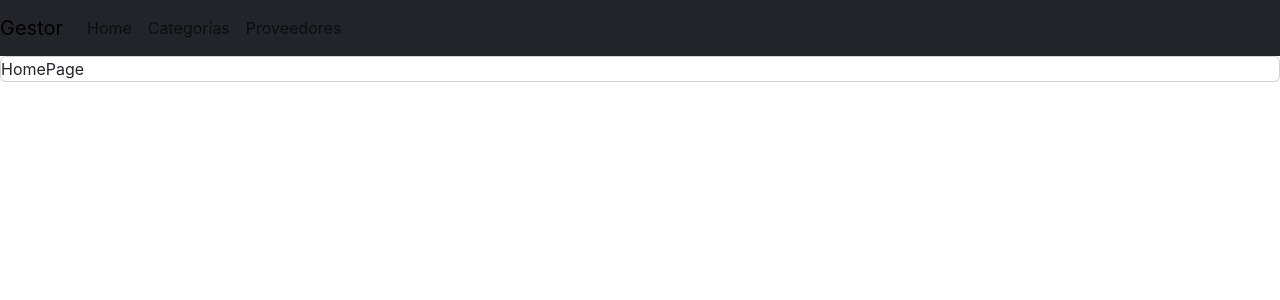
Repository: SantiagoGuaman/gestor-app
Page: /
These files come from the project's save history. The page is drawn as it stood at one moment and after a run of saves; the edit follows.
The browser window is 1280 px wide. The pictures show the whole page.
The project was rebuilt for these pictures with package versions that can differ from the ones it lists, and the page was loaded fresh each time. Also part of the build but not shown: src/App.css, src/Categories/GetDataCategories.js, src/Proveedores/GetDataProviders.js.

Above is the page before, as saved 2024-02-14 15:54:00.

### public/index.html
<!DOCTYPE html>
<html lang="en">
  <head>
    <meta charset="utf-8" />
    <link rel="icon" href="%PUBLIC_URL%/favicon.ico" />
    <meta name="viewport" content="width=device-width, initial-scale=1" />
    <meta name="theme-color" content="#000000" />
    <meta
      name="description"
      content="Web site created using create-react-app"
    />
    <link rel="apple-touch-icon" href="%PUBLIC_URL%/logo192.png" />
    <!--
      manifest.json provides metadata used when your web app is installed on a
      user's mobile device or desktop. See https://developers.google.com/web/fundamentals/web-app-manifest/
    -->
    <link href="https://cdn.jsdelivr.net/npm/bootstrap@5.3.2/dist/css/bootstrap.min.css" rel="stylesheet" integrity="sha384-T3c6CoIi6uLrA9TneNEoa7RxnatzjcDSCmG1MXxSR1GAsXEV/Dwwykc2MPK8M2HN" crossorigin="anonymous">
    <link rel="manifest" href="%PUBLIC_URL%/manifest.json" />
    <!--
      Notice the use of %PUBLIC_URL% in the tags above.
      It will be replaced with the URL of the `public` folder during the build.
      Only files inside the `public` folder can be referenced from the HTML.

      Unlike "/favicon.ico" or "favicon.ico", "%PUBLIC_URL%/favicon.ico" will
      work correctly both with client-side routing and a non-root public URL.
      Learn how to configure a non-root public URL by running `npm run build`.
    -->
    <title>Gestor APP</title>
  </head>
  <body>
    <noscript>You need to enable JavaScript to run this app.</noscript>
    <div id="root"></div>
    <!--
      This HTML file is a template.
      If you open it directly in the browser, you will see an empty page.

      You can add webfonts, meta tags, or analytics to this file.
      The build step will place the bundled scripts into the <body> tag.

      To begin the development, run `npm start` or `yarn start`.
      To create a production bundle, use `npm run build` or `yarn build`.
    -->
  </body>
  <script src="https://cdn.jsdelivr.net/npm/bootstrap@5.3.2/dist/js/bootstrap.bundle.min.js" integrity="sha384-C6RzsynM9kWDrMNeT87bh95OGNyZPhcTNXj1NW7RuBCsyN/o0jlpcV8Qyq46cDfL" crossorigin="anonymous"></script>
</html>

### src/App.js
import { BrowserRouter, Route, Routes } from 'react-router-dom';
import './App.css';
import GetDataCategories from './Categories/GetDataCategories';
import NavBar from './NavBar/NavBar';
import GetDataProviders from './Proveedores/GetDataProviders';
import HomePage from './HomePage/HomePage';

function App() {
  return (
    <div>
      <BrowserRouter>
        <NavBar />
        <Routes>
          <Route exact path='/' element={<HomePage />} />
          <Route exact path='/categories' element={<GetDataCategories />} />
          <Route exact path='/providers' element={<GetDataProviders />} />
        </Routes>
      </BrowserRouter>
    </div>
  );
}

export default App;

### src/NavBar/NavBar.js
import React from 'react'
import { Link } from 'react-router-dom'

function NavBar() {
    return (
        <nav className="navbar navbar-expand-lg navbar-light bg-dark lg">
            <Link className="navbar-brand" to="/">Gestor</Link>
            <button className="navbar-toggler" type="button" data-toggle="collapse" data-target="#navbarNav" aria-controls="navbarNav" aria-expanded="false" aria-label="Toggle navigation">
                <span className="navbar-toggler-icon"></span>
            </button>
            <div className="collapse navbar-collapse" id="navbarNav">
                <ul className="navbar-nav">
                    <li className="nav-item active">
                        <Link className="nav-link" to="/">Home</Link>
                    </li>
                    <li className="nav-item">
                        <Link className="nav-link" to="/categories">Categorías</Link>
                    </li>
                    <li className="nav-item">
                        <Link className="nav-link" to="/providers">Proveedores</Link>
                    </li>
                </ul>
            </div>
        </nav>
    )
}

export default NavBar

### src/HomePage/HomePage.js
import React from 'react'

function HomePage() {
  return (
    <div className='card'>HomePage
    <nav>

    </nav></div>
  )
}

export default HomePage

Loaded but not shown: src/index.js (common file); src/index.css (common file); src/reportWebVitals.js (common file)

After the next 4 saves:
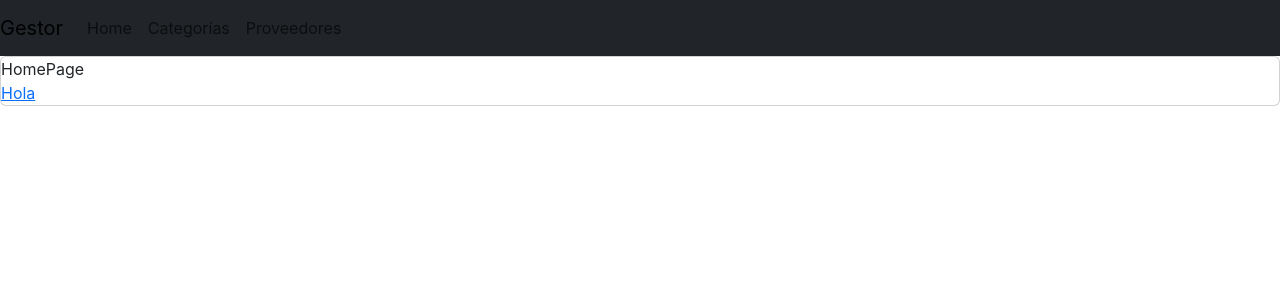
The 4 saves are shown as one change because they came seconds apart.
The last was saved 10 s later.
--- a/src/HomePage/HomePage.js
+++ b/src/HomePage/HomePage.js
@@ -4,7 +4,7 @@ function HomePage() {
   return (
     <div className='card'>HomePage
     <nav>
-
+      <a href=''>Hola</a>
     </nav></div>
   )
 }
